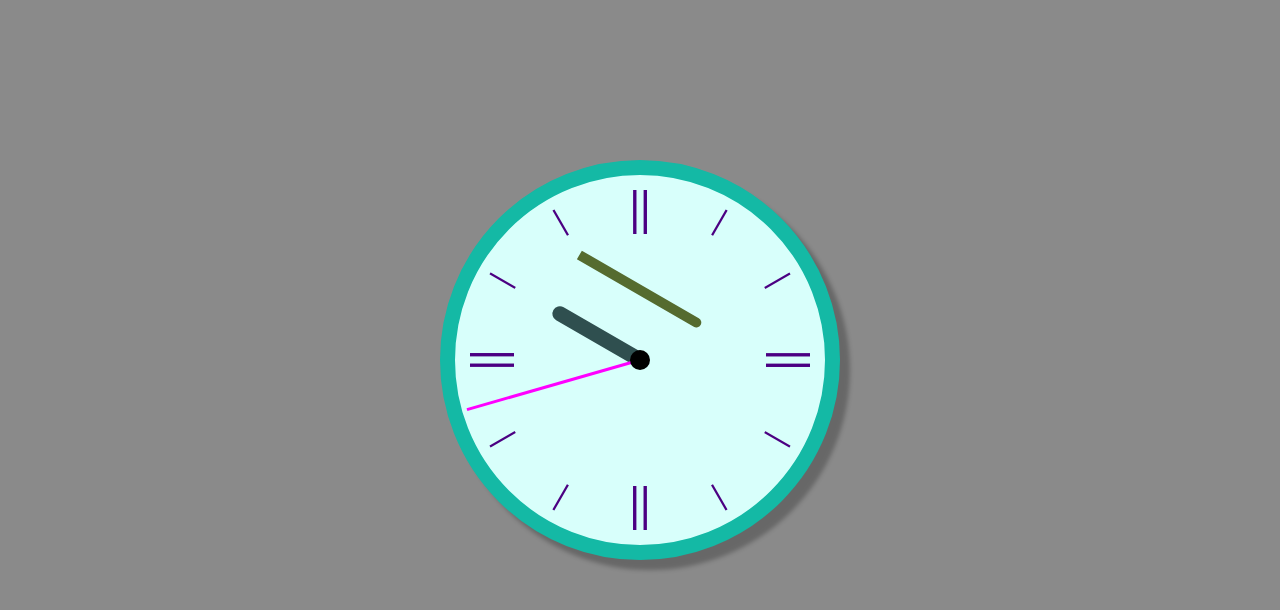
Repository: ChenWarren/web-clock
Page: index.html
An editor plug-in stored every save of this project. The page is shown before and after the next save, followed by the edit.
The browser window is 1280 px wide. The pictures show the whole page.

Above is the page before, as saved 2021-03-19 10:04:45.

### index.html
<!DOCTYPE html>
<html lang="en">
<head>
    <meta charset="UTF-8">
    <meta http-equiv="X-UA-Compatible" content="IE=edge">
    <meta name="viewport" content="width=device-width, initial-scale=1.0">
    <link rel="stylesheet" href="main.css">
    <title>Clock</title>
</head>
<body>
    <main class="clock">
        <!-- hour, minute, second handle and center cot -->
        <div class="hour"></div>
        <div class="minute"></div>
        <div class="second"></div>
        <div class="center_dot"></div>

        <!-- time marks on clock -->
        <div class="number dot_1">
            <h4>|</h4>
        </div>
        <div class="number dot_2">
            <h4>|</h4>
        </div>
        <div class="number dot_3">
            <h2>||</h2>
        </div>
        <div class="number dot_4">
            <h4>|</h4>
        </div>
        <div class="number dot_5">
            <h4>|</h4>
        </div>
        <div class="number dot_6">
            <h2>||</h2>
        </div>
        <div class="number dot_7">
            <h4>|</h4>
        </div>
        <div class="number dot_8">
            <h4>|</h4>
        </div>
        <div class="number dot_9">
            <h2>||</h2>
        </div>
        <div class="number dot_10">
            <h4>|</h4>
        </div>
        <div class="number dot_11">
            <h4>|</h4>
        </div>
        <div class="number dot_12">
            <h2>||</h2>
        </div>
    </main>

    <script src="clock.js"></script>

</body>
</html>

### main.css
* {
    margin: 0;
    padding: 0;
    box-sizing: border-box;
}

body {
    background-color: rgb(138, 138, 138);
    display: flex;
    justify-content: center;
    align-items: center;
    width: 100vw;
    height: 100vh;
    overflow: hidden;
}

.clock {
    width: 400px;
    height: 400px;
    border-radius: 50%;
    background: #d8fffb;
    border: 15px solid #14B9A5;
    box-sizing: border-box;
    box-shadow: 10px 10px 4px rgba(0, 0, 0, 0.25);
    position: relative;
}

.hour {
    --rotation: 30deg;
    width: 15px;
    height: 100px;
    background-color:  darkslategray;
    position: absolute;
    left: 50%;
    bottom: 50%;
    transform: translateX(-50%) rotate(var(--rotation));
    transform-origin: center bottom;
    border-top-left-radius: 10px;
    border-top-right-radius: 10px;
}

.minute {
    --rotation: 30deg;
    width: 10px;
    height: 140px;
    background-color:darkolivegreen;
    position: absolute;
    left: 50%;
    bottom: 50%;
    transform: translateX(-50%) rotate(var(--rotation));
    border-top-left-radius: 5px;
    border-top-right-radius: 5px;
}

.second {
    width: 3px;
    height: 180px;
    background-color: fuchsia;
    position: absolute;
    left: 50%;
    bottom: 50%;
    transform: translateX(-50%) rotate(254deg);
    transform-origin: center bottom;
}

.center_dot {
    background-color: #000;
    width: 20px;
    height: 20px;
    border-radius: 50%;
    position: absolute;
    left: 50%;
    bottom: 50%;
    transform: translate(-50%, 50%);
}

.number {
    display: flex;
    height: 370px;
    width: 370px;
    padding-top: 5px;
    justify-content: center;
    color: indigo;
    position: absolute;
    font-size: 2rem;
}

.dot_1 {
    transform: rotate(30deg);
}

.dot_2 {
    transform: rotate(60deg);
}

.dot_3 {
    transform: rotate(90deg);
}

.dot_4 {
    transform: rotate(120deg);
}

.dot_5 {
    transform: rotate(150deg);
}

.dot_6 {
    transform: rotate(180deg);
}

.dot_7 {
    transform: rotate(210deg);
}

.dot_8 {
    transform: rotate(240deg);
}

.dot_9 {
    transform: rotate(270deg);
}

.dot_10 {
    transform: rotate(300deg);
}

.dot_11 {
    transform: rotate(330deg);
}

### clock.js
// setInterval(setClock, 1000)

function setClock()
{
    let date = new Date()
    let hourRetio = date.getHours()/12
    let minuteRetio = date.getMinutes()/60
    let secondRetio = date.getSeconds()/60

    let hour = document.getElementsByClassName('hour')[0]
    let minute = document.getElementsByClassName('minute')[0]
    let second = document.getElementsByClassName('second')[0]

    let hourDeg = hourRetio*360 + 'deg'
    let minuteDeg = minuteRetio*360 + 'deg'

    hour.style.setProperty('--rotation', hourDeg)
    minute.style.setProperty('--rotation', minuteDeg)

    console.log(hourDeg)
    console.log(minuteDeg)
}

setClock()

After the next save:
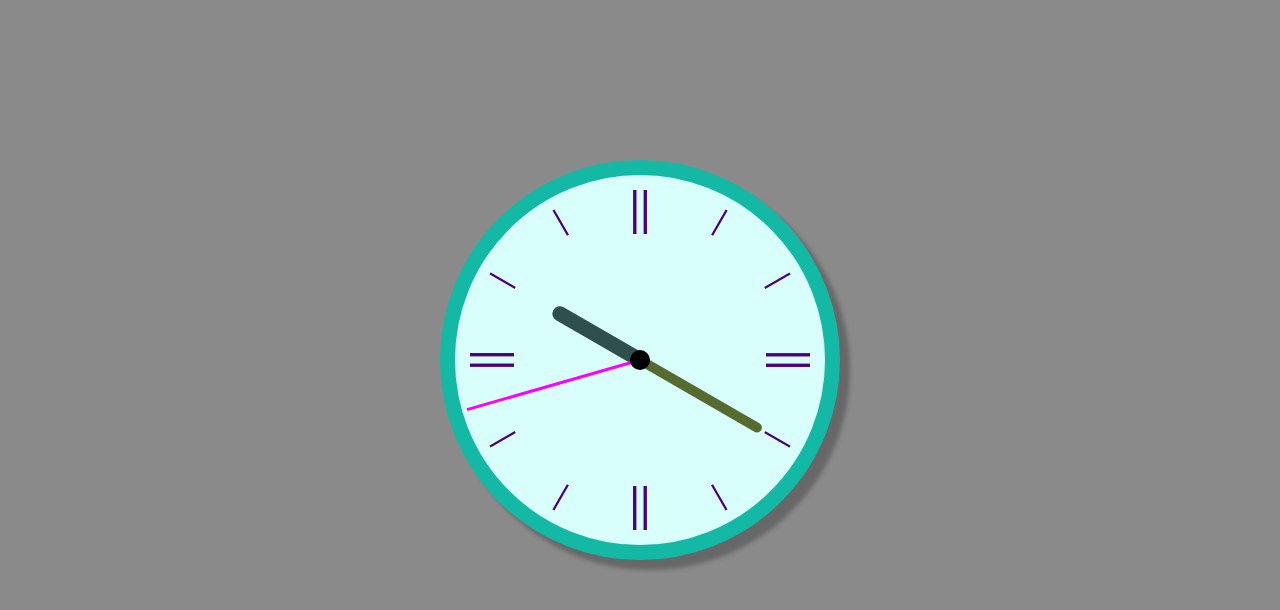
Saved 7 s later.
--- a/main.css
+++ b/main.css
@@ -48,6 +48,7 @@ body {
     left: 50%;
     bottom: 50%;
     transform: translateX(-50%) rotate(var(--rotation));
+    transform-origin: center bottom;
     border-top-left-radius: 5px;
     border-top-right-radius: 5px;
 }
